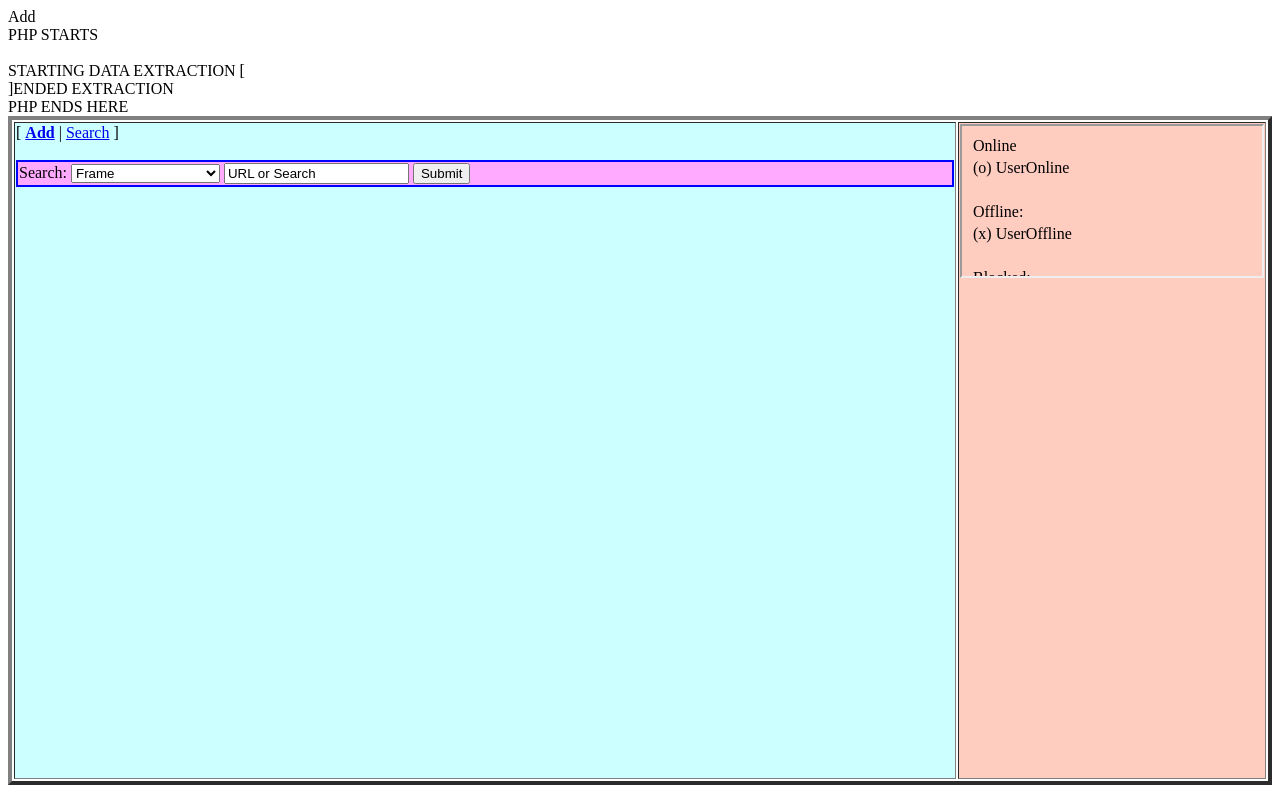
Repository: nevinleiby/SwapRC
Page: http://localhost/add_interface.php
An editor plug-in stored every save of this project. The page is shown before and after the next save, followed by the edit.
The browser window is 1280 px wide. The pictures show the whole page.
The page is run by PHP 8.4 with error messages shown; the project is at /var/www/html/. Queries for data that is not in the repository find no rows.

Above is the page before, as saved 2019-09-09 01:53:51.

After the next save:
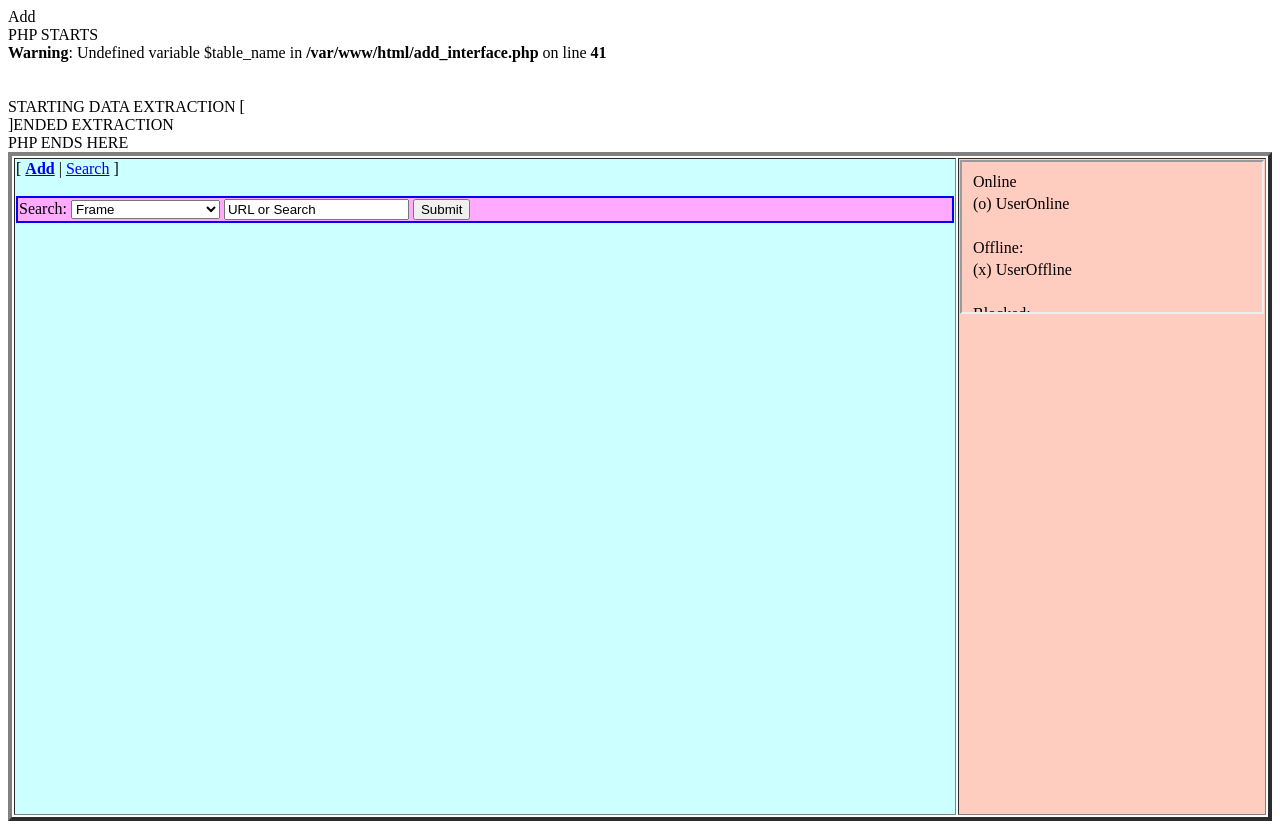
Saved 20 s later.
--- a/add_interface.php
+++ b/add_interface.php
@@ -38,6 +38,7 @@
                     $table_name = 'VTX';
                 }
 
+                echo "$table_name";
                 $table_name = 'Receiver';
 
                 $query = "SELECT * FROM $table_name";
